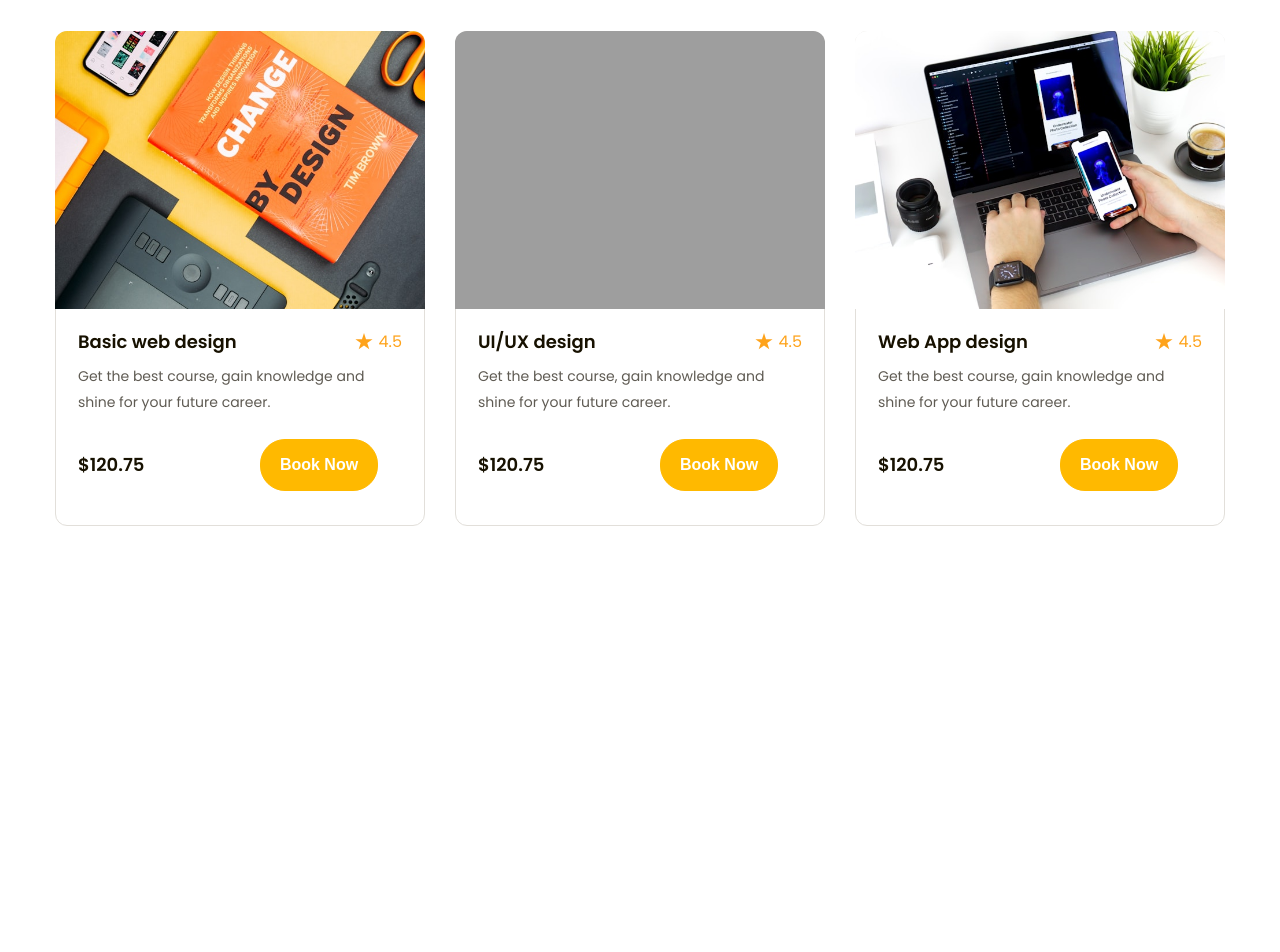
Repository: vancong171001/f8-html-css-02
Page: index.html
An editor plug-in stored every save of this project. The page is shown before and after the next save, followed by the edit.
The browser window is 1280 px wide. The pictures show the part of the page from y = 1268 to 2220 px (the page is 5000 px tall).
Pictures or frames that could not be fetched are drawn as grey boxes. A picture or video elsewhere on the page could not be fetched, so the positions and the page height are approximate.

Above is the page before, as saved 2025-03-11 14:31:30.

### index.html
<!DOCTYPE html>
<html lang="en">
  <head>
    <meta charset="UTF-8" />
    <meta name="viewport" content="width=device-width, initial-scale=1.0" />
    <title>F8 Project 02</title>
    <!-- Reset CSS -->
    <link rel="stylesheet" href="./assets/css/reset.css" />

    <!-- Embed fonts -->
    <link rel="preconnect" href="https://fonts.googleapis.com" />
    <link rel="preconnect" href="https://fonts.gstatic.com" crossorigin />
    <link
      href="https://fonts.googleapis.com/css2?family=Poppins:ital,wght@0,400;0,500;0,600;0,700;1,400&family=Sen:wght@700&display=swap"
      rel="stylesheet"
    />

    <!-- Style CSS -->
    <link rel="stylesheet" href="assets/css/style.css" />
  </head>
  <body>
    <main style="height: 5000px">
      <!-- Header -->
      <header class="header fixed">
        <div class="main-content">
          <div class="body">
            <!-- Logo -->
            <img src="./assets/img/logo.svg" alt="Lesson" class="logo" />

            <!-- Nav -->
            <nav class="nav">
              <ul>
                <li class="active">
                  <a href="#!">Home</a>
                </li>
                <li>
                  <a href="#!">Courses</a>
                </li>
                <li>
                  <a href="#!">Pricing</a>
                </li>
                <li>
                  <a href="#!">Reviews</a>
                </li>
              </ul>
            </nav>

            <!-- Action -->
            <div class="action">
              <a href="#!" class="btn sign-up-btn">Sign Up</a>
            </div>
          </div>
        </div>
      </header>

      <!-- Hero -->
      <div class="hero">
        <div class="main-content">
          <div class="body">
            <!-- Hero left -->
            <div class="media-block">
              <img
                src="https://images.unsplash.com/photo-1740734940319-7208196590b7?w=600&auto=format&fit=crop&q=60&ixlib=rb-4.0.3&ixid=M3wxMjA3fDB8MHxmZWF0dXJlZC1waG90b3MtZmVlZHwxNHx8fGVufDB8fHx8fA%3D%3D"
                alt="Learn without limits and spread knowledge."
                class="img"
              />

              <div class="hero-summary">
                <div class="item">
                  <div class="icon">
                    <img src="./assets/icon/list.svg" alt="" />
                  </div>
                  <div class="info">
                    <p class="lable">20 Courses</p>
                    <p class="title">UI/UX Design</p>
                  </div>
                </div>
                <div class="item">
                  <div class="icon">
                    <img src="./assets/icon/code.svg" alt="" />
                  </div>
                  <div class="info">
                    <p class="lable">20 Courses</p>
                    <p class="title">Development</p>
                  </div>
                </div>
                <div class="item">
                  <div class="icon">
                    <img src="./assets/icon/speaker.svg" alt="" />
                  </div>
                  <div class="info">
                    <p class="lable">30 Courses</p>
                    <p class="title">Marketing</p>
                  </div>
                </div>
              </div>
            </div>

            <!-- Hero right -->
            <div class="content-block">
              <h1 class="heading lv1">
                Learn without limits and spread knowledge.
              </h1>
              <p class="desc">
                Build new skills for that “this is my year” feeling with
                courses, certificates, and degrees from world-class universities
                and companies.
              </p>
              <div class="cta-group">
                <a href="#!" class="btn hero-cta">See Courses</a>
                <button class="watch-video">
                  <div class="icon">
                    <img src="./assets/icon/play.svg" alt="" />
                  </div>
                  <span>Watch Video</span>
                </button>
              </div>
              <p class="desc">Recent engagement</p>
              <p class="desc stats">
                <strong>50K</strong> Students <strong>70+</strong> Courses
              </p>
            </div>
          </div>
        </div>
      </div>

      <!-- Popular -->
      <div class="popular">
        <div class="main-content">
          <div class="popular-top">
            <div class="info">
              <h2 class="heading lv2">Our popular courses</h2>
              <p class="desc">
                Build new skills with new trendy courses and shine for the next
                future career.
              </p>
            </div>
            <div class="controls">
              <button class="control-btn">
                <svg
                  width="8"
                  height="14"
                  viewBox="0 0 8 14"
                  fill="none"
                  xmlns="http://www.w3.org/2000/svg"
                >
                  <path
                    d="M7 1L1 7L7 13"
                    stroke="currentColor"
                    stroke-linecap="round"
                    stroke-linejoin="round"
                  />
                </svg>
              </button>
              <button class="control-btn">
                <svg
                  width="8"
                  height="14"
                  viewBox="0 0 8 14"
                  fill="none"
                  xmlns="http://www.w3.org/2000/svg"
                >
                  <path
                    d="M1 1L7 7L1 13"
                    stroke="currentColor"
                    stroke-linecap="round"
                    stroke-linejoin="round"
                  />
                </svg>
              </button>
            </div>
          </div>

          <div class="course-list">
            <!-- Course Item 1 -->
            <div class="course-item">
              <img
                src="./assets/img/course-1.jpg"
                alt="Basic web design"
                class="thumb"
              />
              <div class="info">
                <div class="head">
                  <h3 class="title">Basic web design</h3>
                  <div class="rating">
                    <img src="./assets/icon/star.svg" alt="Star" class="star" />
                    <span class="value">4.5</span>
                  </div>
                </div>
                <p class="desc">
                  Get the best course, gain knowledge and shine for your future
                  career.
                </p>
                <div class="foot">
                  <span class="price">$120.75</span>
                  <button class="btn">Book Now</button>
                </div>
              </div>
            </div>
            <!-- Course Item 2 -->
            <div class="course-item">
              <img
                src="./assets/img/course-2.jpg"
                alt="UI/UX design"
                class="thumb"
              />
              <div class="info">
                <div class="head">
                  <h3 class="title">UI/UX design</h3>
                  <div class="rating">
                    <img src="./assets/icon/star.svg" alt="Star" class="star" />
                    <span class="value">4.5</span>
                  </div>
                </div>
                <p class="desc">
                  Get the best course, gain knowledge and shine for your future
                  career.
                </p>
                <div class="foot">
                  <span class="price">$120.75</span>
                  <button class="btn">Book Now</button>
                </div>
              </div>
            </div>
            <!-- Course Item 3 -->
            <div class="course-item">
              <img
                src="./assets/img/course-3.jpg"
                alt="Web App design"
                class="thumb"
              />
              <div class="info">
                <div class="head">
                  <h3 class="title">Web App design</h3>
                  <div class="rating">
                    <img src="./assets/icon/star.svg" alt="Star" class="star" />
                    <span class="value">4.5</span>
                  </div>
                </div>
                <p class="desc">
                  Get the best course, gain knowledge and shine for your future
                  career.
                </p>
                <div class="foot">
                  <span class="price">$120.75</span>
                  <button class="btn">Book Now</button>
                </div>
              </div>
            </div>
          </div>
        </div>
      </div>
    </main>
  </body>
</html>

### assets/css/style.css
* {
  box-sizing: border-box;
}

:root {
  --primary-color: #ffb900;
  --font-heading: Sen, san-serif;
}

html {
  font-size: 62.5%;
}

body {
  font-size: 1.6rem;
  font-family: "Poppins", sans-serif;
}

/* ========== Common ========= */
a {
  text-decoration: none;
}

.btn {
  display: inline-block;
  min-width: 118px;
  padding: 0 16px;
  line-height: 50px;
  color: #fff;
  text-align: center;
  font-size: 1.6rem;
  font-weight: 600;
  border-radius: 999px;
  background: #171100;
}

.btn:hover {
  opacity: 0.9;
}

.heading {
  color: #171100;
  font-family: var(--font-heading);
  font-weight: 700;
  letter-spacing: -0.02em;
}

.heading.lv1 {
  font-size: 5.8rem;
  line-height: 1.17; /* 117.241% */
}

.heading.lv2 {
  font-size: 3.8rem;
  line-height: 1.26; /* 126.316% */
}

.main-content {
  width: 1170px;
  max-width: calc(100% - 48px);
  margin-left: auto;
  margin-right: auto;
}

/* ========== Header ========= */
.header {
  background: #fffcf4;
}

.header.fixed {
  position: sticky;
  top: -28px;
  z-index: 1;
}

.header .body {
  display: flex;
  align-items: center;
  padding: 36px 0 8px;
}

.nav {
  margin-left: auto;
}

.nav ul {
  display: flex;
}

.nav a {
  position: relative;
  padding: 8px 21px;
  color: #5f5b53;
  font-size: 1.6rem;
}

.nav a:hover,
.nav li.active a {
  /* font-weight: 600; */
  text-shadow: 1px 0 0 currentColor;
  color: #171100;
}

.nav li.active a::after {
  content: "";
  position: absolute;
  left: 21px;
  bottom: 6px;
  display: block;
  width: 12px;
  height: 2px;
  border-radius: 1px;
  background: #171100;
}

.header .sign-up-btn {
  min-width: 144px;
}

.header .action {
  margin-left: 49px;
}

/* ========== Hero ========= */
.hero {
  padding: 56px 0 65px;
  background: #fffcf4;
}

.hero .body {
  display: flex;
}

/* Hero Left */
.hero .media-block {
  position: relative;
  width: 48%;
}

.hero .media-block .img {
  width: 470px;
  height: 685px;
  object-fit: cover;
  border-radius: 20px;
  display: block;
}

.hero-summary {
  position: absolute;
  right: 0;
  bottom: 48px;
  width: 270px;
  padding: 24px;
  border-radius: 12px;
  background: #fff;
  box-shadow: 0px 16px 32px 0px rgba(0, 0, 0, 0.05);
}

.hero-summary .item {
  display: flex;
  align-items: center;
}

.hero-summary .item + .item {
  margin-top: 22px;
}

.hero-summary .icon {
  width: 48px;
  height: 48px;
  border-radius: 50%;
  display: flex;
  justify-content: center;
  align-items: center;
  background: #fff9e8;
}

.hero-summary .item:nth-of-type(2) .icon {
  background: #fcefff;
}
.hero-summary .item:last-child .icon {
  background: #ebeaff;
}

.hero-summary .info {
  margin-left: 16px;
}

.hero-summary .lable {
  color: #5f5b53;
  font-size: 1.4rem;
  line-height: 1.86; /* 185.714% */
}

.hero-summary .title {
  color: #171100;
  font-size: 1.8rem;
  font-weight: 600;
  line-height: 1.67; /* 166.667% */
}

/* Hero Right */
.hero .content-block {
  width: 52%;
  padding: 64px 0 0 130px;
}

.hero .desc {
  margin-top: 22px;
  color: #5f5b53;
  font-size: 1.8rem;
  line-height: 1.67; /* 166.667% */
}

.hero .cta-group {
  display: flex;
  align-items: center;
  margin: 38px 0 48px;
}

.hero .hero-cta {
  min-width: 180px;
  line-height: 64px;
  background: var(--primary-color);
  border-radius: 32px;
}

.hero .watch-video {
  display: flex;
  align-items: center;
  border: none;
  background: transparent;
  margin-left: 28px;
  cursor: pointer;
}

.hero .watch-video .icon {
  width: 40px;
  height: 40px;
  border-radius: 50%;
  display: flex;
  justify-content: center;
  align-items: center;
  background: #ffffff;
  box-shadow: 0px 8px 16px rgba(0, 0, 0, 0.07);
}

.hero .watch-video span {
  color: #171100;
  font-size: 1.8rem;
  font-weight: 600;
  line-height: 1.67; /* 166.667% */
  margin-left: 14px;
}

.hero .stats {
  margin: 8px 0 0 -28px;
}

.hero .stats strong {
  color: #171100;
  font-family: var(--font-heading);
  font-size: 4.4rem;
  font-weight: 700;
  line-height: 1.22; /* 122.727% */
  padding: 0 8px 0 28px;
}

/* ========== Hero ========= */
.popular {
  padding: 65px 0;
  margin-top: 135px;
}

.popular-top {
  display: flex;
  justify-content: space-between;
  align-items: center;
}

.popular-top .desc {
  color: #5f5b53;
  font-size: 1.8rem;
  line-height: 1.67; /* 166.667% */
  margin-top: 16px;
  width: 458px;
}

.popular-top .controls {
  display: flex;
  gap: 18px;
}

.popular-top .control-btn {
  background: transparent;
  border: 1px solid var(--primary-color);
  width: 40px;
  height: 40px;
  border-radius: 50%;
  display: flex;
  justify-content: center;
  align-items: center;
  color: var(--primary-color);
}

.popular-top .control-btn:hover {
  background: var(--primary-color);
  color: #fff;
  cursor: pointer;
}

.popular .course-list {
  margin-top: 55px;
  display: flex;
  gap: 30px;
}

.popular .course-item {
  flex: 1;
  border-radius: 12px;
  border: 1px solid #e2dfda;
  background: #fff;
}

.popular .course-item .thumb {
  width: calc(100% + 2px);
  border-radius: 12px 12px 0px 0px;
  height: 278px;
  object-fit: cover;
  margin: -1px;
}

.popular .info {
  margin: 16px 22px 22px;
}

.popular .course-item .head,
.popular .course-item .rating,
.popular .course-item .foot {
  display: flex;
  justify-content: space-between;
  align-items: center;
}

.popular .course-item .title {
  color: #171100;
  font-size: 1.8rem;
  font-weight: 600;
  line-height: 1.67; /* 166.667% */
}

.popular .rating .value {
  color: #fea31b;
  font-size: 1.6rem;
  margin-left: 6px;
  line-height: 1.75;
}

.popular .desc {
  color: #5f5b53;
  font-size: 1.4rem;
  line-height: 1.86; /* 185.714% */
  margin-top: 6px;
}

.popular .foot {
  margin-top: 12px;
}

.popular .foot .price {
  color: #171100;
  font-size: 1.8rem;
  font-weight: 600;
  line-height: 1.67; /* 166.667% */
}

.popular .foot .btn {
  border-radius: 25px;
  background: var(--primary-color);
  border: 1px solid var(--primary-color);
  margin: 12px 24px;
}

Loaded but not shown: assets/css/reset.css (common file)

After the next save:
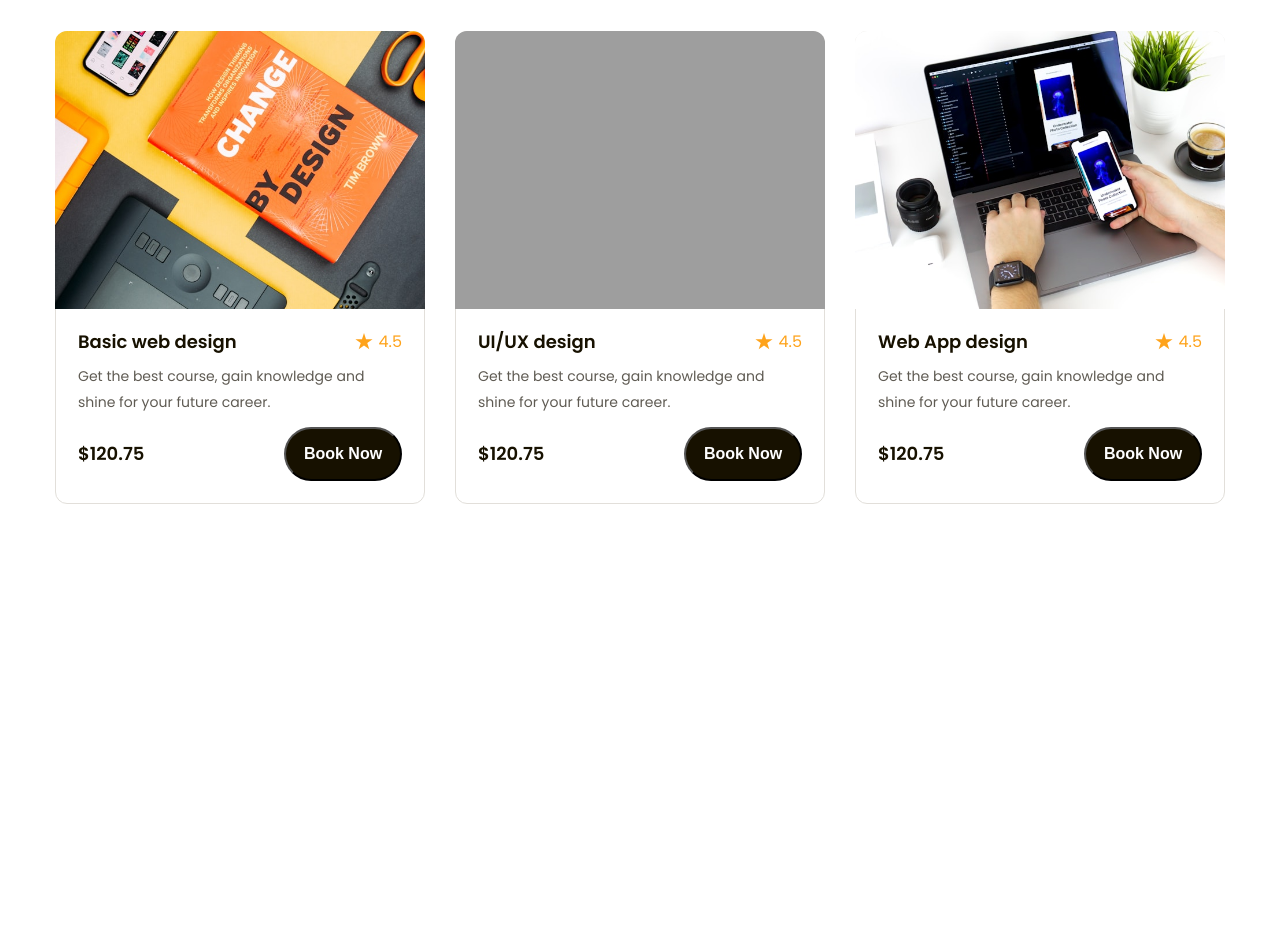
Saved 94 s later.
--- a/assets/css/style.css
+++ b/assets/css/style.css
@@ -374,9 +374,9 @@
   line-height: 1.67; /* 166.667% */
 }
 
-.popular .foot .btn {
+/* .popular .foot .btn {
   border-radius: 25px;
   background: var(--primary-color);
   border: 1px solid var(--primary-color);
   margin: 12px 24px;
-}
+} */

After the save that followed:
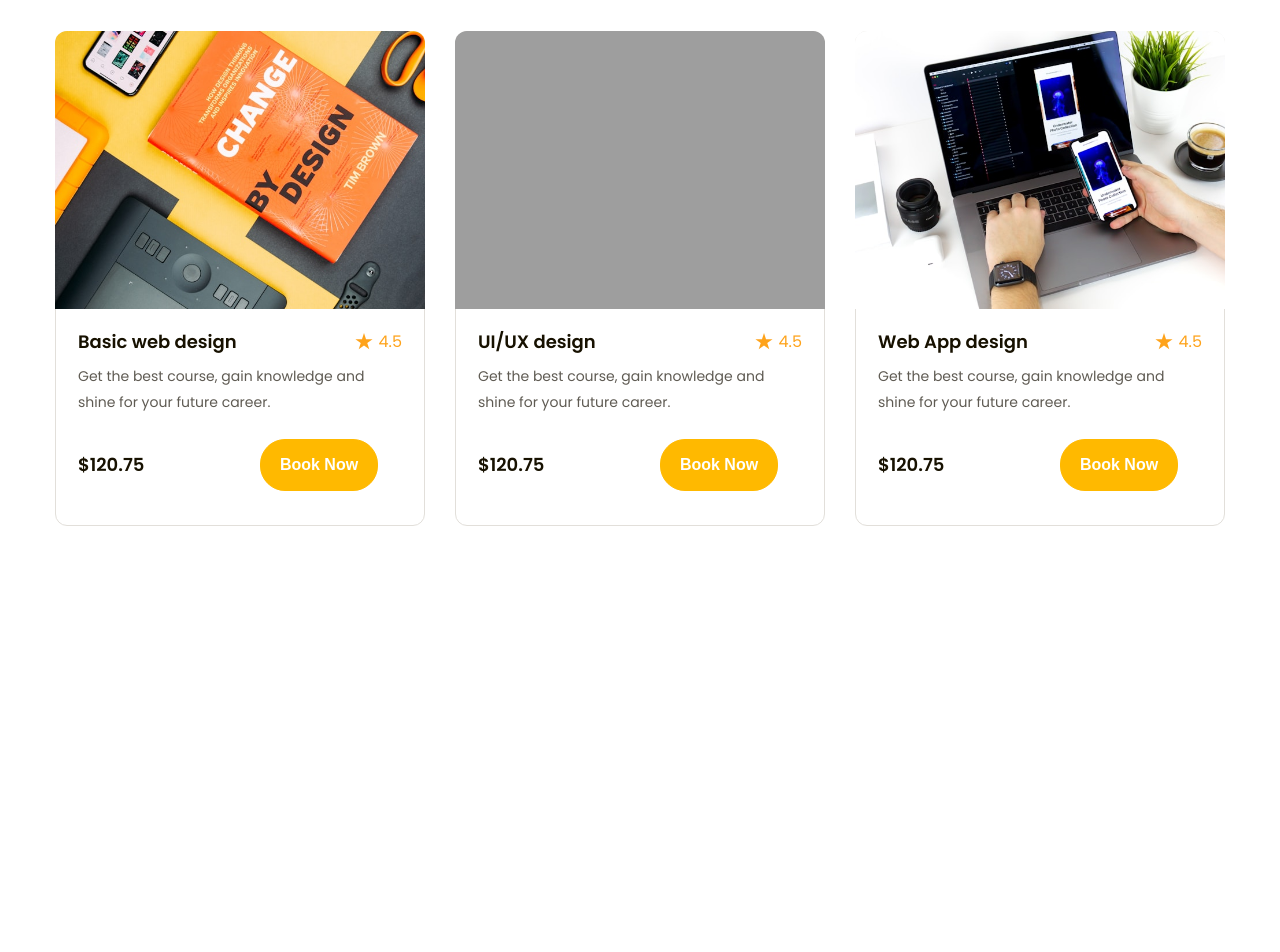
Saved 83 s later.
--- a/assets/css/style.css
+++ b/assets/css/style.css
@@ -374,9 +374,9 @@
   line-height: 1.67; /* 166.667% */
 }
 
-/* .popular .foot .btn {
+.popular .foot .btn {
   border-radius: 25px;
   background: var(--primary-color);
   border: 1px solid var(--primary-color);
   margin: 12px 24px;
-} */
+}
